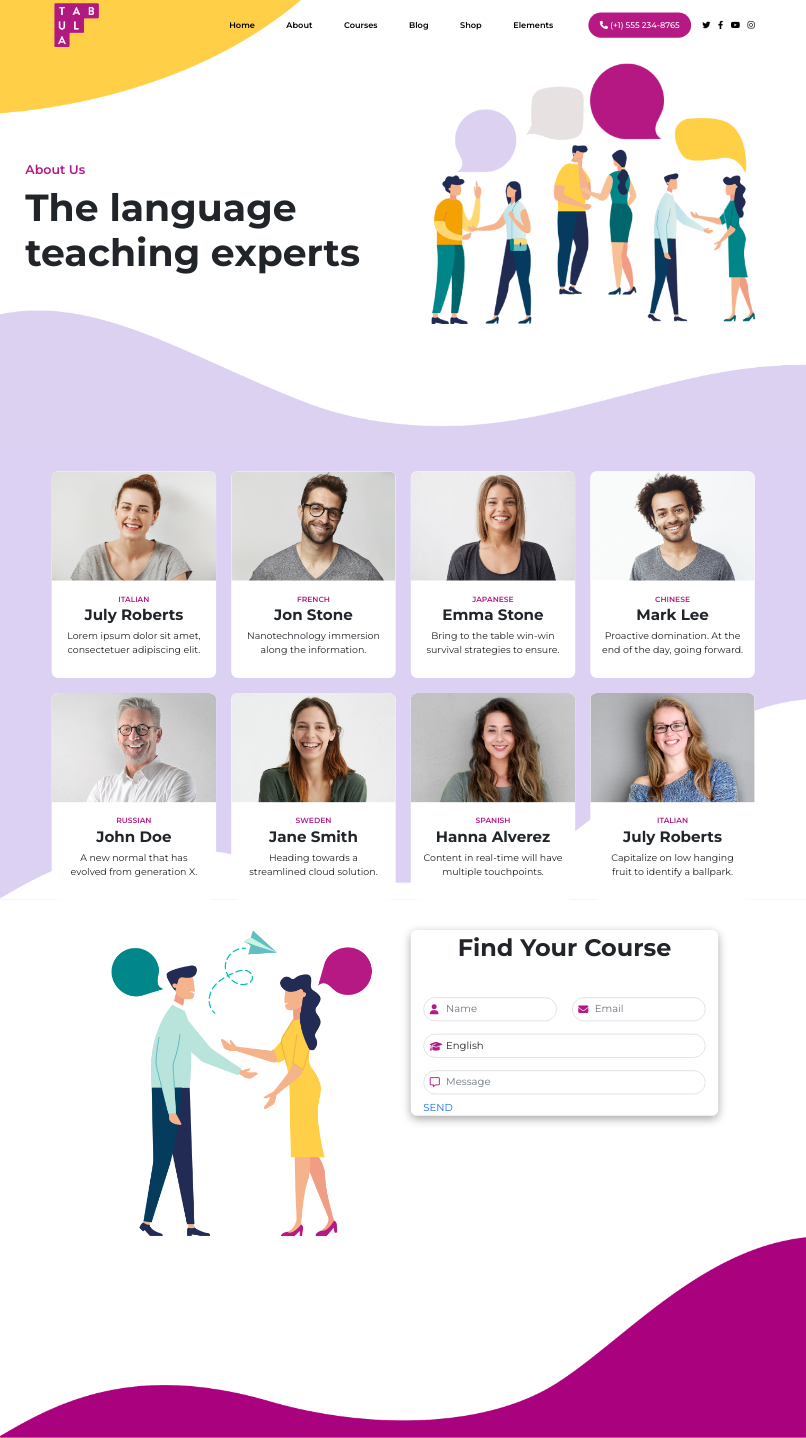
Repository: minhtrivu6199/tabula
Page: index.html
These files come from the project's save history. The page is drawn as it stood at one moment and after the next save; the edit follows.
The browser window is 1280 px wide. The pictures show the whole page, at 63% of full size.
Some web libraries are served in a nearby version. The style sheet was rebuilt from its Sass, Less or Tailwind sources for each picture, by a compiler version that may differ from the author's.

Above is the page before, as saved 2022-09-28 11:10:52.

After the next save:
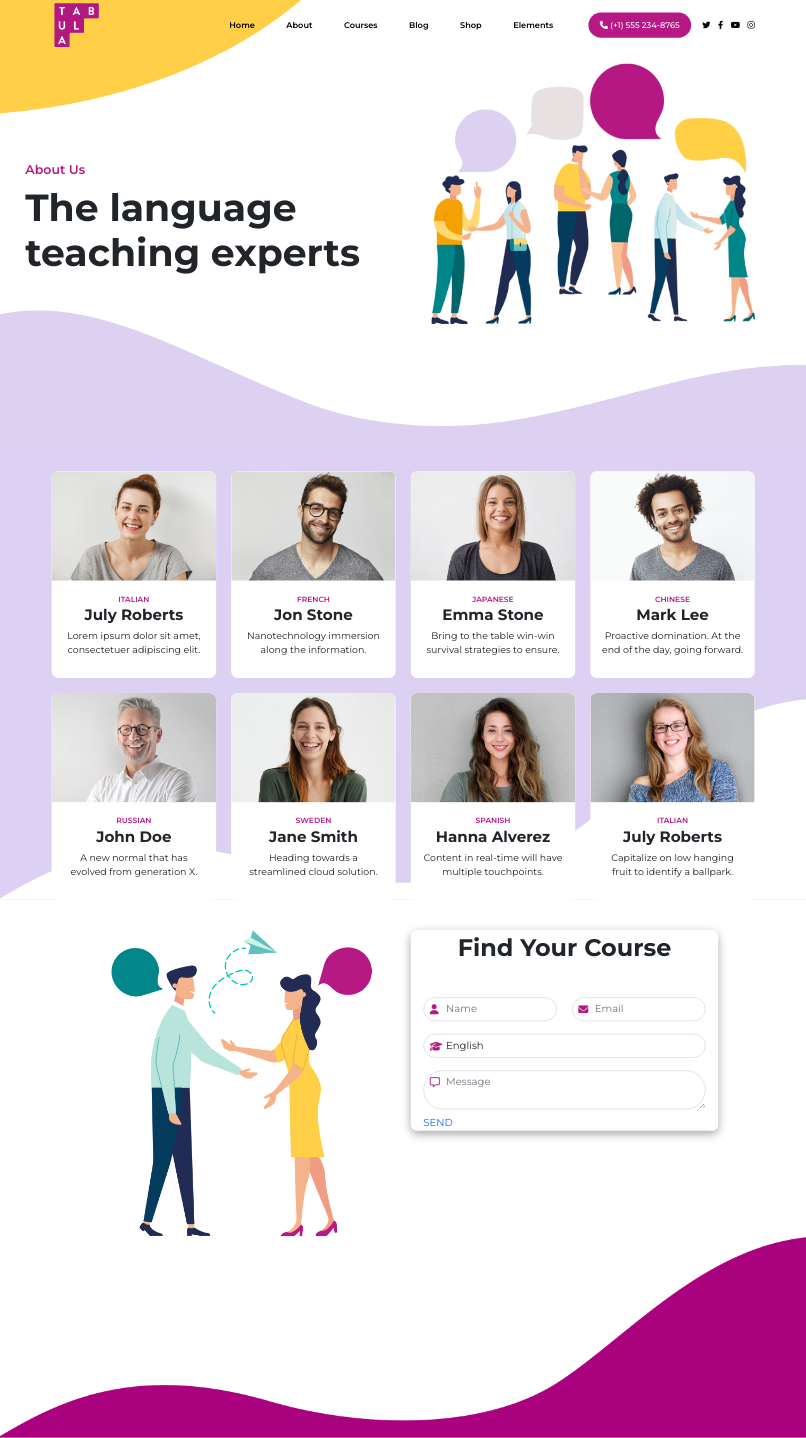
Saved 89 s later.
--- a/index.html
+++ b/index.html
@@ -339,11 +339,9 @@
                         <span class="input-icon">
                             <i class="fa-regular fa-message"></i>
                         </span>
-                        <input
-                          type="text"
+                        <textarea type="text"
                           class="form-control"
-                          placeholder="Message"
-                        />
+                          placeholder="Message"></textarea>
                       </div>
                       <div class="input-group">
                         <a href="" class="btn-default">
